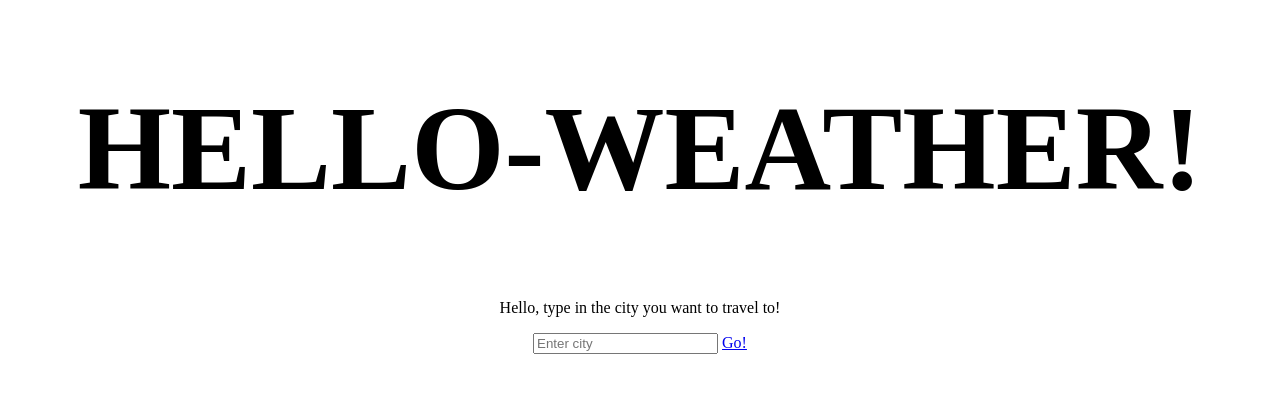
Repository: Jazinha/Hello-kitty-weather
Page: index.html
An editor plug-in stored every save of this project. The page is shown before and after the next save, followed by the edit.
The browser window is 1280 px wide. The pictures show the whole page.

Above is the page before, as saved 2023-02-03 20:23:53.

After the next save:
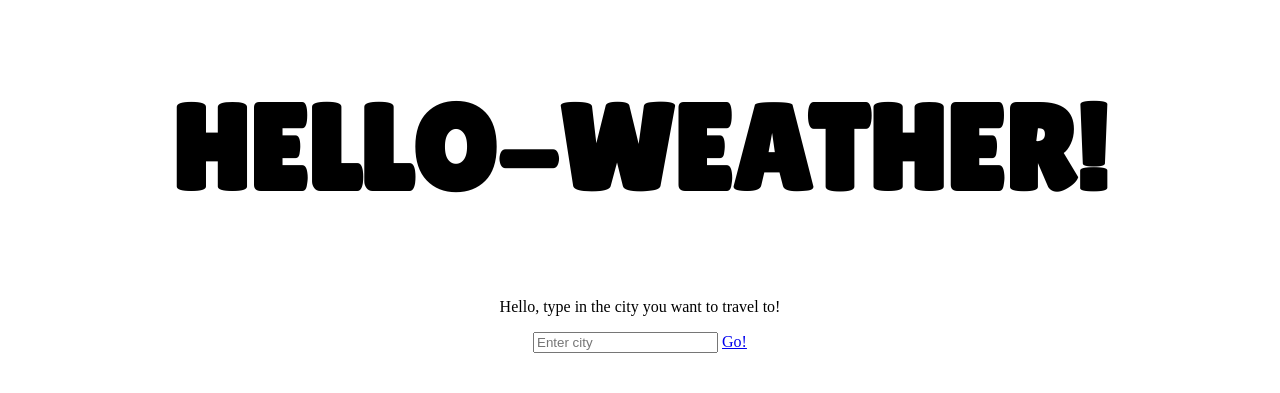
Saved 44 s later.
--- a/style.css
+++ b/style.css
@@ -5,7 +5,6 @@
 
 h1 {
     font-size: 120px;
-}
-.btn {
+    font-family: 'Lilita One', cursive;
 
 }
